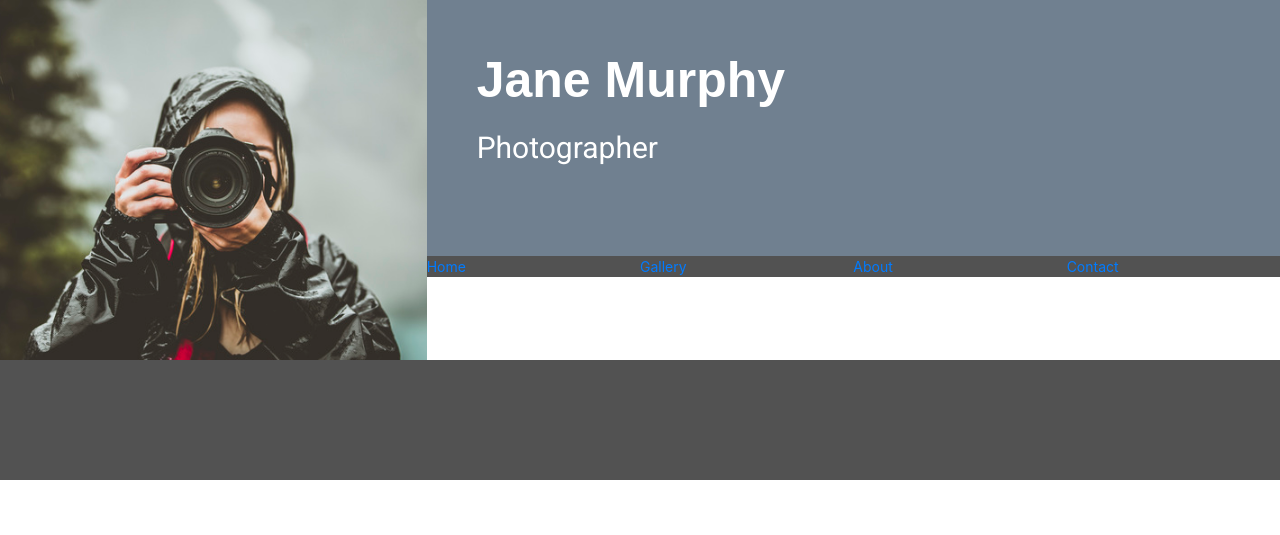
Repository: Code-Institute-Submissions/MrChrisRandall-milestone-1
Page: index.html
The author's editor kept a record of every edit. The page is drawn from the files as they stood at one moment, then again after the next edit.
The browser window is 1280 px wide. The pictures show the whole page.

Above is the page before.

### index.html
<!DOCTYPE html>
<html lang="en">

<head>
    <meta charset="UTF-8">
    <meta name="viewport" content="width=device-width, initial-scale=1.0">
    <meta http-equiv="X-UA-Compatible" content="ie=edge">
    <link rel="stylesheet" href="https://stackpath.bootstrapcdn.com/bootstrap/4.3.1/css/bootstrap.min.css" type="text/css" />
    <link rel="stylesheet" href="https://stackpath.bootstrapcdn.com/font-awesome/4.7.0/css/font-awesome.min.css" type="text/css" />
    <link rel="stylesheet" href="https://cdnjs.cloudflare.com/ajax/libs/hover.css/2.3.1/css/hover-min.css" type="text/css" />
    <link rel="stylesheet" href="assets/css/style.css" type="text/css" />
    <title>Studio 21</title>
</head>

<body>
    <header>
        <div class="row no-gutters">
            <a href="index.html" class="col-md-4 logo">

            </a>
            <div class="col-md-8">
                <div class="row no-gutters bg-color-name-title">
                    <div class="col heading">
                        <h1 class="name">Jane Murphy</h1>
                        <h2 class="title">Photographer</h2>
                    </div>
                </div>
                <div class="row no-gutters">
                    <div class="col">
                        <ul id="nav" class="list-inline menucontainer">
                            <li class="col-2 col-sm-3 ui-menu-color-home list-inline-item">
                                <a href="#"><span>Home</span></a>
                            </li>
                            <li class="col-2 col-sm-3 ui-menu-color-gallery list-inline-item">
                                <a href="#"><span>Gallery</span></a>
                            </li>
                            <li class="col-2 col-sm-3 ui-menu-color-about list-inline-item">
                                <a href="#"><span>About</span></a>
                            </li>
                            <li class="col-2 col-sm-3 ui-menu-color-contact list-inline-item">
                                <a href="#"><span>Contact</span></a>
                            </li>
                        </ul>
                    </div>
                </div>

            </div>
        </div>

    </header>

    <section>

    </section>

    <footer>

    </footer>

</body>

</html>

### assets/css/style.css
@import url('https://fonts.googleapis.com/css?family=Roboto&display=swap:100,200,300,400,500,600,700|Exo:100,200,300,400,500,600,700');


/*--------------------------------------------------Colors*/

.bg-color-name-title {
    background-color: #708090;
}

.ui-menu-color-home {
    background-color: #525252;
}

.ui-menu-color-gallery {
    background-color: #525252;
}

.ui-menu-color-about {
    background-color: #525252;
}

.ui-menu-color-contact {
    background-color: #525252;
}

/*--------------------------------------------------Header*/

.header {
    margin: 0;
}

.heading {
    margin-left: 50px;
}

.logo {
    background: url(../images/pic.jpg);
    background-position: center;
    background-repeat: no-repeat;
    background-size: cover;
    min-height: 360px;
    transition: all .5s ease-in-out;
    -moz-transition: all .5s ease-in-out;
    -webkit-transition: all .5s ease-in-out;
}

.name {
    font-family: "Exo", sans-serif;
    font-weight: 600;
    font-size: 50px;
    margin-top: 50px;
    color: #fff;
}

.title {
    font-family: "Roboto", sans-serif;
    font-weight: 400;
    font-size: 30px;
    margin-top: 20px;
    margin-bottom: 90px;
    color: #fff;
}

.list-inline-item:not(:last-child) {
    margin: 0;
}

.menucontainer {
    font-size: 0;
}

#nav {
    margin: 0;
}

#nav li {
    font-size: 14px;
    padding: 0;
}

.menuitem {
    height: 120px;
    text-align: center;
    padding: 0;
}

.menuitem a {
    width: 100%;
    text-decoration: none;
    color: #fff;
    height: 120px;
}

.menuitem span {
    display: block;
    width: 100%;
    padding-top: 40px;
    text-align: center;
    text-transform: uppercase;
    font-size: 20px;
    font-weight: 600;
    letter-spacing: 2px;
}

/*--------------------------------------------------Footer*/

footer {
    background-color: #525252;
    color: #fafafa;
    min-height: 120px;
    margin: 0;
}

.cv-pdf i {
    font-size: 18px;
    color: #fafafa;
    text-align: center;
    padding-left: 5px;
    transition: all 0.35s ease-in-out;
    -moz-transition: all 0.35s ease-in-out;
    -webkit-transition: all 0.35s ease-in-out;
    -o-transition: all 0.35s ease-in-out;
}

.cv-pdf i:hover {
    color: #708090;
}

.social-links {
    padding-bottom: 15px;
}

.social-links li a i {
    width: 32px;
    height: 32px;
    padding: 12px 0;
    border-radius: 50%;
    font-size: 13px;
    line-height: 7px;
    text-align: center;
    color: #fafafa;
    background: #8f8f8f;
    transition: all 0.35s ease-in-out;
    -moz-transition: all 0.35s ease-in-out;
    -webkit-transition: all 0.35s ease-in-out;
    -o-transition: all 0.35s ease-in-out;
}

.social-links li a i:hover {
    background: #708090;
}

#footer-details {
    padding: 20px;
}

After the next edit:
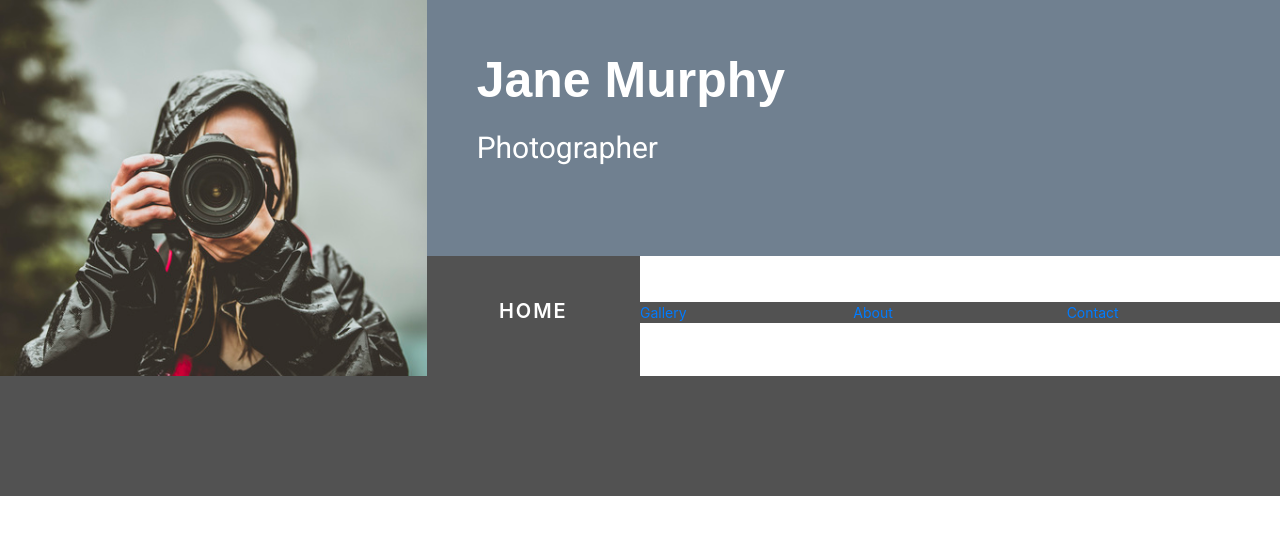
The edit:
--- a/index.html
+++ b/index.html
@@ -28,7 +28,7 @@
                 <div class="row no-gutters">
                     <div class="col">
                         <ul id="nav" class="list-inline menucontainer">
-                            <li class="col-2 col-sm-3 ui-menu-color-home list-inline-item">
+                            <li class="col-2 col-sm-3 ui-menu-color-home list-inline-item menuitem">
                                 <a href="#"><span>Home</span></a>
                             </li>
                             <li class="col-2 col-sm-3 ui-menu-color-gallery list-inline-item">
